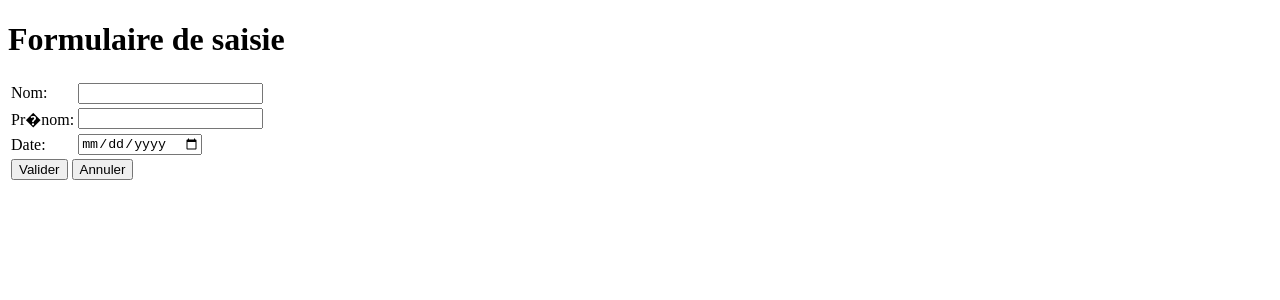
Repository: yamenaissa/j2ee
Page: ForthProject/WebContent/SaisiePersonne.html
These files come from the project's save history. The page is drawn as it stood at one moment and after the next save; the edit follows.
The browser window is 1280 px wide. The pictures show the whole page.

Above is the page before, as saved 2025-03-08 21:12:26.

### ForthProject/WebContent/SaisiePersonne.html
<!DOCTYPE html>
<html>
<head>
    <title>Saisie Personne</title>
    <meta charset="UTF-8">
</head>
<body>
    <h1>Formulaire de saisie</h1>
    <form action="AjoutServlet" method="post">
        <table>
            <tr>
                <td>Nom:</td>
                <td><input type="text" name="nom" required></td>
            </tr>
            <tr>
                <td>Prénom:</td>
                <td><input type="text" name="prenom" required></td>
            </tr>
            <tr>
                <td>Date:</td>
                <td><input type="date" name="date" required></td>
            </tr>
            <tr>
                <td colspan="2">
                    <input type="submit" value="Valider">
                    <input type="reset" value="Annuler">
                </td>
            </tr>
        </table>
    </form>
</body>
</html>

After the next save:
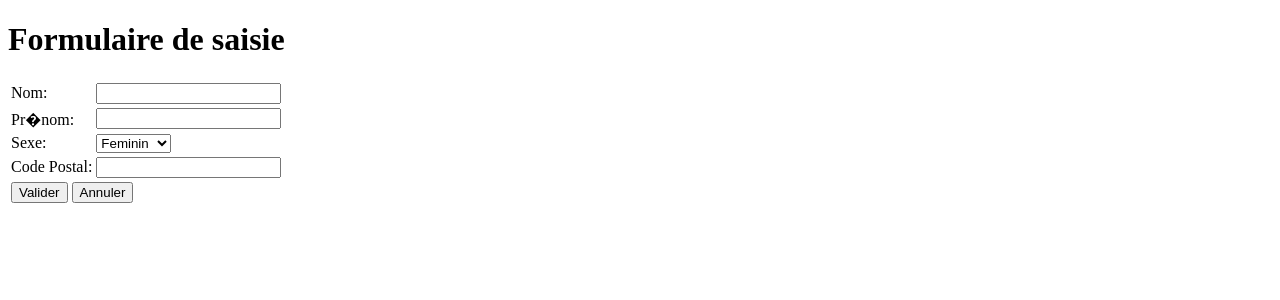
Saved 3 min 10 s later.
--- a/ForthProject/WebContent/SaisiePersonne.html
+++ b/ForthProject/WebContent/SaisiePersonne.html
@@ -17,8 +17,17 @@
                 <td><input type="text" name="prenom" required></td>
             </tr>
             <tr>
-                <td>Date:</td>
-                <td><input type="date" name="date" required></td>
+                <td>Sexe:</td>
+                <td>
+                	<select>
+                		<option>Feminin</option>
+                		<option>Masculin</option>
+                	</select>
+                </td>
+            </tr>
+            <tr>
+                <td>Code Postal:</td>
+                <td><input type="number" name="codePostal" required></td>
             </tr>
             <tr>
                 <td colspan="2">
